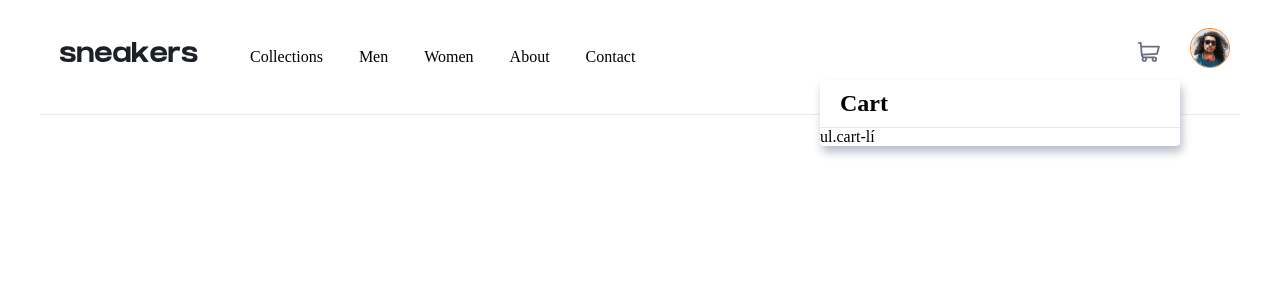
Repository: Bakyproit/Ecommerce
Page: index.html
These files come from the project's save history. The page is drawn as it stood at one moment and after the next save; the edit follows.
The browser window is 1280 px wide. The pictures show the whole page.
The style sheet was rebuilt from its Sass, Less or Tailwind sources for each picture, by a compiler version that may differ from the author's.

Above is the page before, as saved 2022-02-14 13:35:19.

### index.html
<!DOCTYPE html>
<html lang="en">
<head>
    <meta charset="UTF-8">
    <meta http-equiv="X-UA-Compatible" content="IE=edge">
    <meta name="viewport" content="width=device-width, initial-scale=1.0">
    <title>Ecommerce</title>
    <link rel="stylesheet" href="./asset/css/app.css">
    <link rel="preconnect" href="https://fonts.googleapis.com">
    <link rel="preconnect" href="https://fonts.gstatic.com" crossorigin>
    <link href="https://fonts.googleapis.com/css2?family=Kumbh+Sans:wght@400;700&display=swap" rel="stylesheet">
</head>
<body>
    <div class="wrapper">
        <!-- Beggin header -->
        <div class="header">
            <div class="header__left">
                <div class="header__left-logo">
                    <img src="./asset/images/logo.svg" alt="">
                </div>
                <div class="header__left-menu">
                    <ul class="header__left-menu-list">
                        <li class="header__left-menu-item">
                            <a href="" class="header__left-menu-item-title">Collections</a>
                        </li>
                        <li class="header__left-menu-item">
                            <a href="" class="header__left-menu-item-title">Men</a>
                        </li>
                        <li class="header__left-menu-item">
                            <a href="" class="header__left-menu-item-title">Women</a>
                        </li>
                        <li class="header__left-menu-item">
                            <a href="" class="header__left-menu-item-title">About</a>
                        </li>
                        <li class="header__left-menu-item">
                            <a href="" class="header__left-menu-item-title">Contact</a>
                        </li>
                    </ul>
                </div>
            </div>
            <div class="header__right">
                <div class="header__right-cart">
                    <img src="./asset/images/icon-cart.svg" alt="">
                    <!-- cart-list--no-cart -->
                    <!-- cart-list--yes-cart-->
                    <div class="cart-list cart-list--yes-cart">
                        <h3 class="cart-list-heading">Cart</h3>
                        <span class="cart-list-message">Your cart is empty</span>

                        ul.cart-lí


                    </div>
                </div>
                <div class="header__right-avatar">
                    <img src="./asset/images/image-avatar.png" alt="">
                </div>
            </div>
        </div>
        <!-- end header -->
    </div>
</body>
</html>

### asset/sass/app.scss
@import './valiable.scss' ;
@import './style.scss' ;
@import './reset.scss' ;

### asset/sass/valiable.scss

$Color_primary : hsl(26,100%,55%) ;
$Pale_orange: hsl(25, 100%, 94%) ;
$blue : hsl(220, 13%, 13%) ;
$Dark_grayish_blue : hsl(219, 9%, 45%);
$Grayish_blue : hsl(220, 14%, 75%) ;
$Light_grayish_blue : hsl(223, 64%, 98%) ;
$White : hsl(0, 0%, 100%) ;
$Black : hsl(0, 0%, 0%) ;
$Font_s : 16px ;

### asset/sass/style.scss
.wrapper{
    width: 1200px;
    margin: 0 auto;
}

.header{
    display: flex;
    justify-content: space-between;
    border-bottom: 1px solid #e8e7ec;
}

.header__left{
    display: flex;
    &-logo{
        padding: 42px 20px;
    }
    &-menu{
        margin-left: 16px;
        transition: all linear 0.2s;

        &-item{
            display: inline-block;
            margin: 0 16px;
        }
        &-item-title{
            display: inline-block;
            padding: 48px 0;
            color : $Black ;
        }
        &-item-title:hover{
            border-bottom: 4px solid $Color_primary;
            font-weight: 700;
        }
    }
}
.header__right {
    display: flex;
    &-cart{
        color : $Black ;
        padding: 42px 20px;
        cursor: pointer;
        position: relative;
    }
    &-cart:hover .cart-list{
        display: block;
    }

    .cart-list{
        width: 360px;
        position: absolute;
        top:70% ;
        right: 0 ;
        background-color: $White;
        box-shadow: 2px 6px 10px $Grayish_blue ;
        border-radius: 4px;
        index : 2 ;
        &-heading{
            font-size: 24px;
            color : $Black ;
            display: block;
            padding: 10px 20px;
            border-bottom: 1px solid #e8e7ec;
        }
        &-message{
            display: inline-block;
            color : $Dark_grayish_blue ;
            font-weight: 700;
            margin : 80px 100px;
            display: none;
        }

    }
    .cart-list--no-cart .cart-list-message{
        display: block ;
    }


    &-avatar{
        width: 40px;
        height: 40px;
        border-radius:40px ;
        border : 1px solid $Color_primary ;
        margin: 28px 10px auto 10px;
        cursor: pointer;
        img{
            width: 100%;
        }
    }
}

### asset/sass/reset.scss
*{
    box-sizing: border-box;
    padding: 0;
    margin: 0;
}
html{
    font-size: 16px;
}
h1, h2,h3{
    margin: 0;
}
ul{
    margin: 0;
    padding-left: 0;
    list-style: none;
}
a{
    text-decoration: none;

}

After the next save:
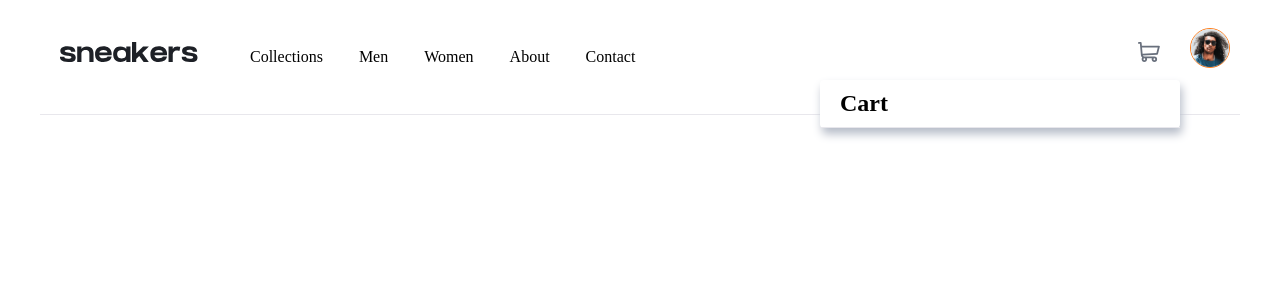
Saved 6 s later.
--- a/index.html
+++ b/index.html
@@ -47,7 +47,7 @@
                         <h3 class="cart-list-heading">Cart</h3>
                         <span class="cart-list-message">Your cart is empty</span>
 
-                        ul.cart-lí
+
 
 
                     </div>
